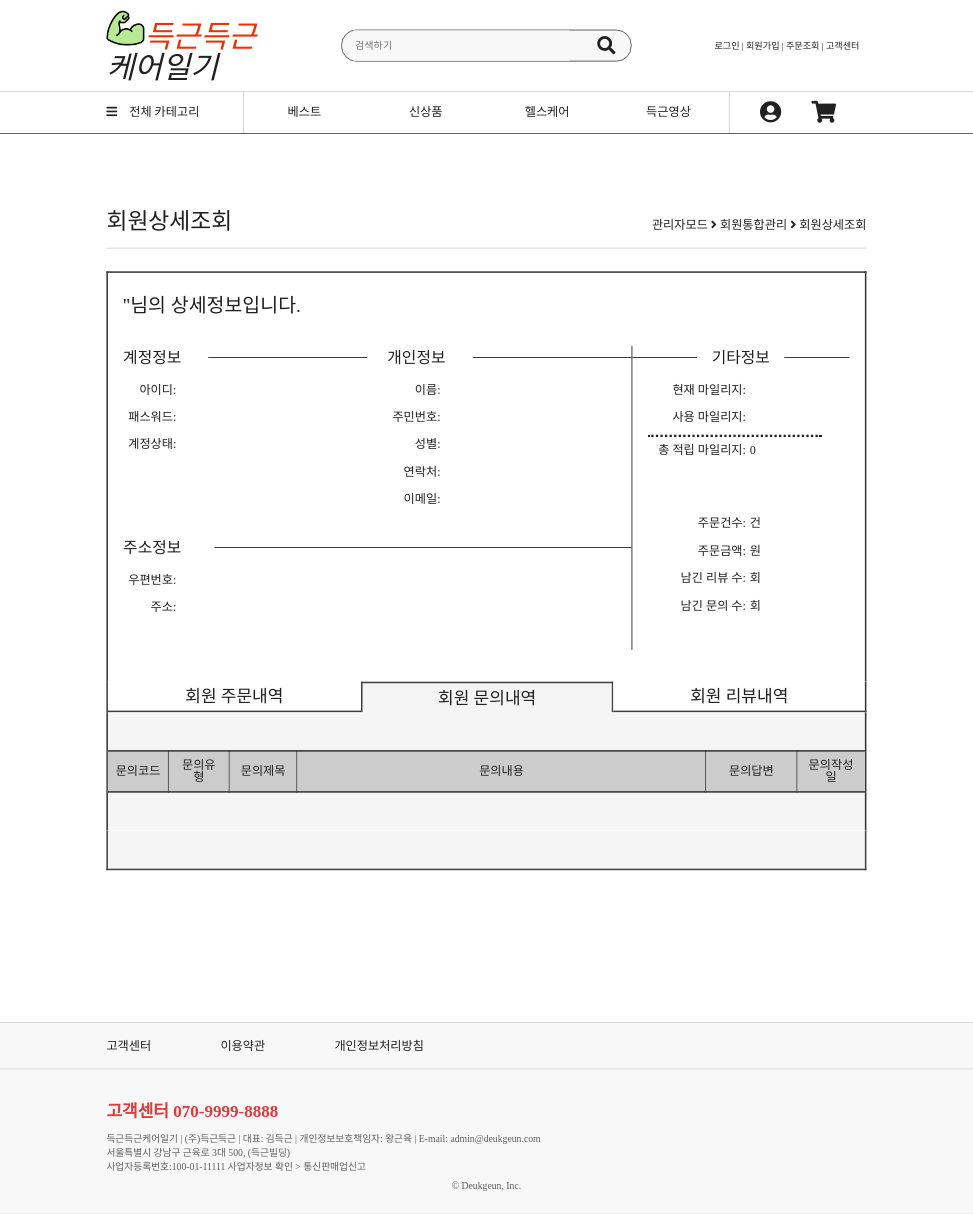
Repository: KYJKY/project_GainMuscle_MVC
Page: http://localhost/Team3/WEB-INF/views/admin/membermanagement/memberQADetail.jsp
The author's editor kept a copy of each file at every save. The page is drawn from the files as they stood at one save, then again after the next save.
The browser window is 1280 px wide. The pictures show the whole page, at 76% of full size.
Some web fonts or font styles are not loaded; a fallback is used. Some web libraries are served in a nearby version. The page is served by Tomcat 9. Nobody is signed in. Other server files are loaded and not shown. The template is opened directly, without the code that normally fills it, so the values that code supplies are empty.

Above is the page before, as saved 2022-02-12 22:36:11.

### Team3/src/main/webapp/WEB-INF/views/admin/membermanagement/memberQADetail.jsp
<%@ page language="java" contentType="text/html; charset=UTF-8"
    pageEncoding="UTF-8"%>
<%@taglib prefix="c" uri="http://java.sun.com/jsp/jstl/core"%>
<%@ taglib prefix="fmt" uri="http://java.sun.com/jsp/jstl/fmt" %>
<!DOCTYPE html>
<html>
<head>
<meta charset="UTF-8">
<%@ include file="/WEB-INF/views/inc/asset.jsp" %>
<link rel="stylesheet"
	href="/team3/asset/css/admin/memberQADetail.css">
<style>
	    #content{
            width: 100%;
            /* border: 1px solid black; */
            /* box-sizing: border-box; */
        }
        #container{
            width: 1000px;
            margin: 0 auto;
            margin-top: 30px;
            margin-bottom: 200px;
            /* border: 1px solid black; */
            /* box-sizing: border-box; */
        }
</style>
</head>
<body>
	<%@include file="/WEB-INF/views/inc/header.jsp" %>
	<!-- location -->
    <div id="inc-location">
        <div>회원상세조회</div>
        <div>
            관리자모드
            <i class="fas fa-angle-right"></i>
            회원통합관리
            <i class="fas fa-angle-right"></i>
            회원상세조회
        </div>
    </div>

    <!-- content  -->
    <div id="content">
        <div id="container">

				<!-- 회원정보 -->
                <div id="user-info">
                        <div id="title">'${mainDto.name}'님의 상세정보입니다. </div>
                        <div>
                            <div id="left">
                                <div id="row1">
                                    <div>
                                        <div class="subtitle">계정정보<div class="line"></div></div>
                                        <div class="account-info">
                                            <div>아이디:</div>
                                            <div>${mainDto.id}</div>
                                        </div>
                                        <div class="account-info">
                                            <div>패스워드:</div>
                                            <div>${mainDto.password}</div>
                                        </div>
                                        <div class="account-info">
                                            <div>계정상태:</div>
                                            <div>${mainDto.accountstatus}</div>
                                    </div>
                                    <div class="account-info">
                                        <!--
                                        <div>가입일:</div>
                                        <div>2018-06-24</div>
                                         -->
                                    </div>
                                </div>
                                <div>
                                    <div class="subtitle">개인정보<div class="line"></div></div>
                                    <div class="account-info">
                                        <div>이름:</div>
                                        <div>${mainDto.name}</div>
                                    </div>
                                    <div class="account-info">
                                        <div>주민번호:</div>
                                        <div>${mainDto.jumin}</div>
                                    </div>
                                    <div class="account-info">
                                        <div>성별:</div>
                                        <div>${mainDto.gender}</div>
                                    </div>
                                    <div class="account-info">
                                        <div>연락처:</div>
                                        <div>${mainDto.tel}</div>
                                    </div>
                                    <div class="account-info">
                                        <div>이메일:</div>
                                        <div>${mainDto.email}</div>
                                    </div>
                                </div>
                            </div>
                            <div id="row2">
                                <div>
                                    <div class="subtitle">주소정보<div class="line"></div></div>
                                </div>
                                <div class="account-info">
                                    <div>우편번호:</div>
                                    <div>${mainDto.postalcode}</div>
                                </div><div class="account-info">
                                    <div>주소:</div>
                                    <div>${mainDto.address}</div>
                                </div><div class="account-info">
                                    <!--
                                    <div>상세주소:</div>
                                    <div>OO아파트 5층 502호</div>
                                     -->
                                </div>
                            </div>
                        </div>
                        <div id="right">
                            <div class="subtitle"><div class="line"></div>기타정보<div class="line"></div></div>
                            <div class="account-info">
                                <div>현재 마일리지:</div>
                                <div><fmt:formatNumber value="${mainDto.mileage }" pattern="#,###" /></div>
                            </div>
                            <div class="account-info">
                                <div>사용 마일리지:</div>
                                <div><fmt:formatNumber value="${mainDto.totalMileage }" pattern="#,###" /></div>
                            </div>
                            <div class="line"></div>
                            <div class="account-info">
                                <div>총 적립 마일리지:</div>
                                <div><fmt:formatNumber value="${mainDto.totalMileage+mainDto.mileage}" pattern="#,###" /></div>
                            </div>
                            <div class="account-info">
                                <div>주문건수:</div>
                                <div><fmt:formatNumber value="${mainDto.totalOrder }" pattern="#,###" />건</div>
                            </div>
                            <div class="account-info">
                                <div>주문금액:</div>
                                <div><fmt:formatNumber value="${mainDto.totalPaid }" pattern="#,###" />원</div>
                            </div>
                            <div class="account-info">
                                <div>남긴 리뷰 수:</div>
                                <div>${mainDto.totalReview}회</div>
                            </div>
                            <div class="account-info">
                                <div>남긴 문의 수:</div>
                                <div>${mainDto.totalQA}회</div>
                            </div>
                        </div>
                    </div>
                </div>
                <!-- 내역 -->
                <div id="user-recode">
                    <div id="recode-menu">
                        <div class="not-menu" onclick="location.href='/team3/admin/membermanagement/memberOrderDetail.do?memberseq=${memberseq}';">회원 주문내역</div>
                        <div id="now-menu" onclick="location.href='/team3/admin/membermanagement/memberQADetail.do?memberseq=${memberseq}';">회원 문의내역</div>
                        <div class="not-menu" onclick="location.href='/team3/admin/membermanagement/memberReviewDetail.do?memberseq=${memberseq}';">회원 리뷰내역</div>
                    </div>
                    <div>
                        <table id="table">
                            <thead>
                                <tr>
                                    <th>문의코드</th>
                                    <th>문의유형</th>
                                    <th>문의제목</th>
                                    <th>문의내용</th>
                                    <th>문의답변</th>
                                    <th>문의작성일</th>
                                </tr>
                            </thead>
                            <tbody>
                            	<c:forEach items="${subDto}" var="dto">
                                <tr>
                                    <td>${dto.qaseq}</td>
                                    <td>${dto.qacategory}</td>
                                    <td>${dto.qasubject}</td>
                                    <td>${dto.qacontent}</td>
                                    <td>${dto.qaanswer}</td>
                                    <td>${dto.qadate}</td>
                                </tr>
                                </c:forEach>
                            </tbody>
                        </table>
                    </div>


                    <!-- 페이징 -->
                    <div id="paging"></div>
                </div>

	    </div>
    </div>

    <!-- footer -->
    <%@include file="/WEB-INF/views/inc/footer.jsp" %>
</body>
</html>

### Team3/src/main/webapp/WEB-INF/views/inc/asset.jsp
<%@ page language="java" contentType="text/html; charset=UTF-8" pageEncoding="UTF-8"%>

<title>SHOP | 득근득근케어일기</title>
<link rel="stylesheet" href="/team3/asset/css/reset.css">
<link rel="stylesheet" href="/team3/asset/css/header.css">
<link rel="stylesheet" href="/team3/asset/css/footer.css">
<link rel="stylesheet" href="/team3/asset/css/font.css">
<link rel="stylesheet" href="https://use.fontawesome.com/releases/v5.14.0/css/all.css" integrity="sha384-HzLeBuhoNPvSl5KYnjx0BT+WB0QEEqLprO+NBkkk5gbc67FTaL7XIGa2w1L0Xbgc" crossorigin="anonymous">

<script src="/team3/asset/js/jquery-1.12.4.js"></script>

### Team3/src/main/webapp/WEB-INF/views/inc/header.jsp
<%@ page language="java" contentType="text/html; charset=UTF-8"
    pageEncoding="UTF-8"%>
<%@taglib prefix="c" uri="http://java.sun.com/jsp/jstl/core" %>


    <!-- header -->
    <div id="inc-header">
        <div class="header">
            <form action="">
                <header>
                    <div id="logo"><a href="#"><img src="/team3/asset/images/logo1.png" alt="로고"><span id="first">득근득근</span><br>케어일기</a></div>
                    <div id="search"><input type="text" placeholder="검색하기"><a href="#!"><i class="fas fa-search" style="font-size:1.5rem; margin-left: 2.3rem;"></i></a></div>
                    <div id="menu">
                        <a href="#!">로그인 </a>&nbsp;|&nbsp;
                        <a href="#!">회원가입 </a>&nbsp;|&nbsp;
                        <a href="#!">주문조회 </a>&nbsp;|&nbsp;
                        <a href="#!">고객센터</a>
                    </div>
                </header>
            </form>
        </div>
        <div class="line_ccc"></div>
        <div class="nav">
            <nav>
                <div class="side">
                    <a href="#!"><i class="fas fa-bars" style="margin-right: 1rem;"></i>전체 카테고리</a>
                    <ul id="drop-category">
                        <li onclick="location.href='';">닭가슴살</li>
                        <li onclick="location.href='';">도시락</li>
                        <li onclick="location.href='';">야채류</li>
                        <li onclick="location.href='';">단백질보충제</li>
                        <li onclick="location.href='';">기타영양제</li>
                        <li onclick="location.href='';">영양별 상품조회</li>
                        <li onclick="location.href='';">개인별 상품조회</li>
                    </ul>
                </div>
                <div class="main-nav"><a href="#!">베스트</a></div>
                <div class="main-nav"><a href="#!">신상품</a></div>
                <div class="main-nav"><a href="#!">헬스케어</a></div>
                <div class="main-nav"><a href="#!">득근영상</a></div>
                <div class="side">
                    <div><a href="#!"><i class="fas fa-user-circle"></i></a></div>
                    <div><a href="#!"><i class="fas fa-shopping-cart"></i></a></div>
                </div>
            </nav>
        </div>
        <div class="line_black"></div>
    </div>

### Team3/src/main/webapp/WEB-INF/views/inc/footer.jsp
<%@ page language="java" contentType="text/html; charset=UTF-8"
    pageEncoding="UTF-8"%>


    <!-- footer -->
    <div id="inc-footer">
        <footer>
            <div id="footer-top">
                <ul>
                    <li><a href="#!">고객센터</a></li>
                    <li><a href="#!">이용약관</a></li>
                    <li><a href="#!">개인정보처리방침</a></li>
                </ul>
            </div>
            <div class="line_ccc"></div>
            <div id="footer-bottom">
                <div>고객센터 070-9999-8888</div>
                <div>득근득근케어일기 | (주)득근득근 | 대표: 김득근 | 개인정보보호책임자: 왕근육 | E-mail: admin@deukgeun.com</div>
                <div>서울특별시 강남구 근육로 3대 500, (득근빌딩)</div>
                <div>사업자등록번호:100-01-11111 사업자정보 확인 > 통신판매업신고 </div>
                <div>&copy; Deukgeun, Inc.</div>
            </div>
        </footer>
    </div>

### Team3/src/main/webapp/asset/css/reset.css
/* http://meyerweb.com/eric/tools/css/reset/
   v2.0 | 20110126
   License: none (public domain)
*/
html, body, div, span, applet, object, iframe,
h1, h2, h3, h4, h5, h6, p, blockquote, pre,
a, abbr, acronym, address, big, cite, code,
del, dfn, em, img, ins, kbd, q, s, samp,
small, strike, strong, sub, sup, tt, var,
b, u, i, center,
dl, dt, dd, ol, ul, li,
fieldset, form, label, legend,
table, caption, tbody, tfoot, thead, tr, th, td,
article, aside, canvas, details, embed,
figure, figcaption, footer, header, hgroup,
menu, nav, output, ruby, section, summary,
time, mark, audio, video {
	margin: 0;
	padding: 0;
	border: 0;
	font-size: 100%;
	font: inherit;
	/* vertical-align: baseline; */
    color: rgb(32, 32, 32);
    text-decoration: none;
}
/* HTML5 display-role reset for older browsers */
article, aside, details, figcaption, figure,
footer, header, hgroup, menu, nav, section {
	display: block;
}
body {
	line-height: 1;
}
ol, ul {
	list-style: none;
}
blockquote, q {
	quotes: none;
}
blockquote:before, blockquote:after,
q:before, q:after {
	content: '';
	content: none;
}

### Team3/src/main/webapp/asset/css/header.css
/* 기본설정 */
html{
    font-size: 16px;
    font-family: 'InfinitySans-RegularA1';
    /* scroll-behavior:smooth; */
}

#inc-header .header, #inc-header .nav{
    width: 100%;
    max-width: 1000px;
    height: 120px;
    margin: 0 auto;
}
#inc-header .nav{height: 54px;}

#inc-header header{
    width: 1000px;
    height: 120px;
    display: flex;
    justify-content: space-between;
    align-items: center;
}
#inc-header header > *{
    display: flex;
    align-items: center;
}

#inc-header #logo{
    width: 20%;
    text-align: left;

    font-size: 2.5rem;
    font-family: '116watermelon';
    font-style: italic;
    /* text-shadow: 0px 0px 2px rgb(58, 58, 58); */
}
#inc-header #logo img{
    width: 25%;
    margin: 0;
    color: green;
}
#inc-header #logo #first{
    color: #eb2f06;
}

#inc-header #search{
    width: 35%;
    height: 40px;
    padding: 0 15px 0 15px ;
    border: 1px solid #333;
    border-radius: 20px;
    background-color: #f8f8f8;
}
#inc-header #search input{
    width: 80%;
    height: 38px;
    border:0;
    background-color: #f8f8f8;
    margin-left: 0;
    /* height: 40px;
    padding: 0 15px 0 15px ;
    border: 1px solid #333;
    border-radius: 20px;
    background-color: #f8f8f8; */
}
#inc-header #search input:focus {outline:none;}

#inc-header #menu{
    width: 20%;
    height: 50px;
    text-align: center;
    font-size: 0.75rem;
}
#inc-header .line_ccc{
    width: 100%;
    border-top: 1px solid #ccc;
}
#inc-header .line_black{width: 100%; border-top: 1px solid #333;}
#inc-header nav{
    width: 1000px;
    height: 54px;

    text-align: center;
    line-height: 54px;
    display: flex;

}
#inc-header nav > .side{
    width: 18%;
}
#inc-header nav > .main-nav{
    width: 16%;

}
#inc-header nav > div:first-child{
    border-right: 1px solid #ccc;
    text-align: left;
}
#inc-header nav > div:last-child{
    display: flex;
    justify-content: space-evenly;
    border-left: 1px solid #ccc;
    font-size: 1.8rem;
}


/* 드롭다운 카테고리 메뉴 */
#inc-header #drop-category{
    display:none;
    z-index: 10000;
    position: relative;
    width: 180px;
    padding: 0;
    background-color: rgba(0, 0, 0, 0.8);
}
#inc-header #drop-category li{
    text-align: center;
    text-decoration: none;
    color: rgb(250, 250, 250);
    list-style: none;
    font-size: 1rem;
    cursor: pointer;
}
#inc-header #drop-category li:first-child{
    padding-top: 15px;
}
#inc-header #drop-category li:last-child{
    padding-bottom: 15px;
}
#inc-header nav > div:first-child:hover #drop-category{
    display: block;
}


/* location */
#inc-location{
    width: 1000px;
    height: 30px;
    margin: 0 auto;
    padding-top: 100px;
    padding-bottom: 20px;
    border-bottom: 1px solid #ccc;
    display: flex;
    justify-content: space-between;
    align-items: baseline;
}
#inc-location div:first-child{
    font-size: 1.875rem;
}
#inc-location div:last-child{
    font-size: 1rem;
}

### Team3/src/main/webapp/asset/css/footer.css
#inc-footer {
  width: 100%;
  background-color: #f8f8f8;
}

#inc-footer footer {
  width: 100%;
  border-top: 1px solid #ccc;
  border-bottom: 1px solid #ccc;
}

#inc-footer #footer-top {
  margin: 0 auto;
  width: 1000px;
  height: 60px;
}
#inc-footer #footer-top ul {
  display: flex;
  justify-content: flex-start;
  align-items: center;
}
#inc-footer #footer-top ul li {
  width: 15%;
  height: 60px;
  line-height: 60px;
  font-size: 1rem;
}

#inc-footer .line_ccc {
  border-bottom: 1px solid #ccc;
  margin-bottom: 30px;
}
#inc-footer #footer-bottom {
  margin: 0 auto;
  width: 1000px;
  height: 160px;
}
#inc-footer #footer-bottom div {
  color: rgb(94, 94, 94);
  padding: 3px 0;
  font-size: 0.8rem;
}
#inc-footer #footer-bottom div:first-child {
  font-size: 1.4rem;
  padding: 15px 0;
  color: #df3939;
  font-weight: bold;
}
#inc-footer #footer-bottom div:last-child {
  text-align: center;
  margin-top: 5px;
  font-size: 0.8rem;
}

### Team3/src/main/webapp/asset/css/font.css
@font-face {
    font-family: '116watermelon';
    src: url('https://cdn.jsdelivr.net/gh/projectnoonnu/noonfonts_six@1.0/116watermelon.woff') format('woff');
    font-weight: normal;
    font-style: normal;
}
@font-face {
    font-family: 'InfinitySans-RegularA1';
    src: url('https://cdn.jsdelivr.net/gh/projectnoonnu/noonfonts_20-04@2.1/InfinitySans-RegularA1.woff') format('woff');
    font-weight: normal;
    font-style: normal;
}

Loaded but not shown: Team3/src/main/webapp/asset/js/jquery-1.12.4.js (library); Team3/src/main/webapp/asset/css/admin/memberQADetail.css (184 lines, source omitted)

After the next save:
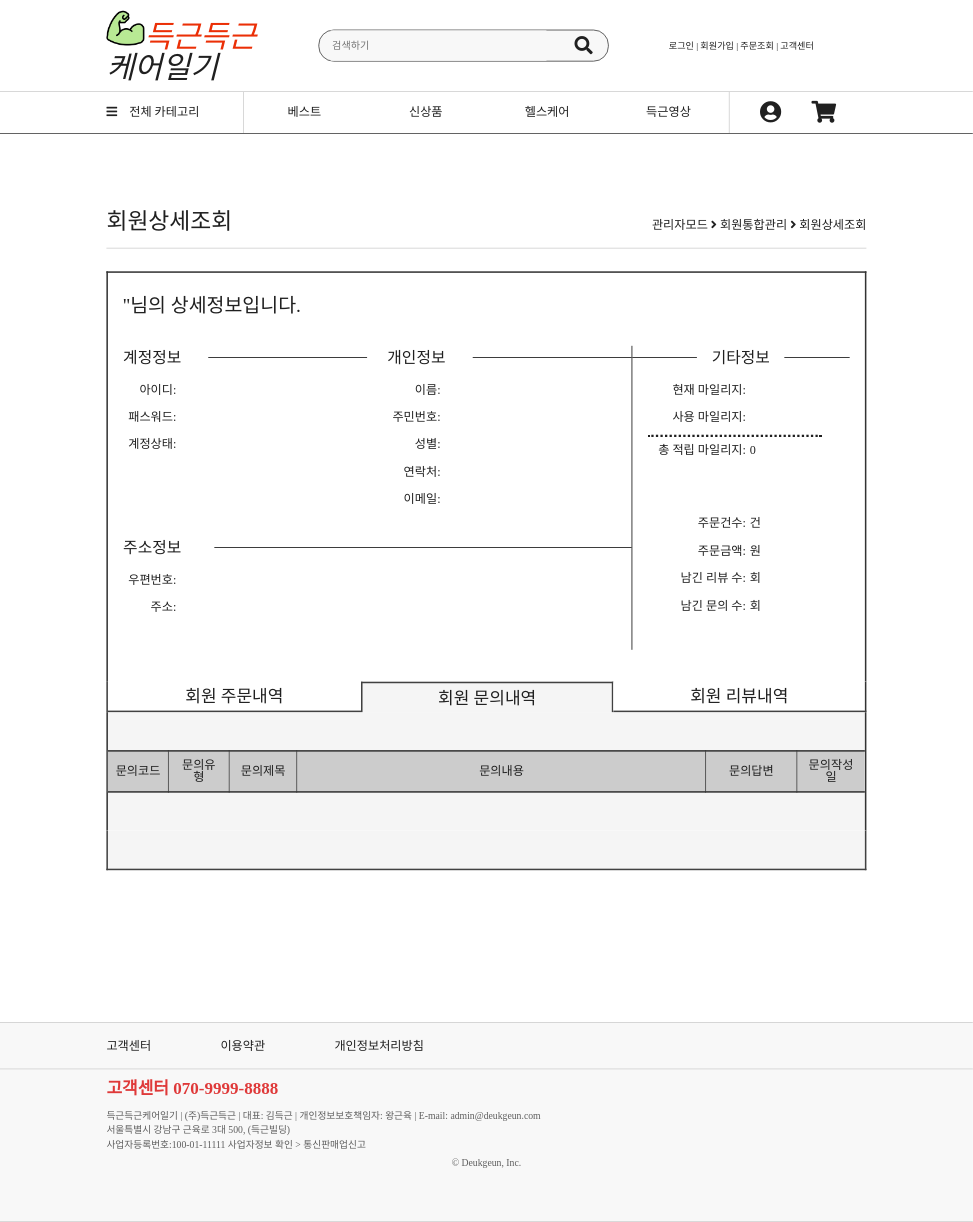
Saved 1 s later.
--- a/Team3/src/main/webapp/asset/css/header.css
+++ b/Team3/src/main/webapp/asset/css/header.css
@@ -66,7 +66,7 @@ html{
 #inc-header #search input:focus {outline:none;}
 
 #inc-header #menu{
-    width: 20%;
+    width: 26%;
     height: 50px;
     text-align: center;
     font-size: 0.75rem;
--- a/Team3/src/main/webapp/asset/css/footer.css
+++ b/Team3/src/main/webapp/asset/css/footer.css
@@ -1,53 +1,51 @@
-#inc-footer {
-  width: 100%;
-  background-color: #f8f8f8;
+#inc-footer{
+    width: 100%;
+    background-color: #f8f8f8;
 }
 
-#inc-footer footer {
-  width: 100%;
-  border-top: 1px solid #ccc;
-  border-bottom: 1px solid #ccc;
+#inc-footer footer{
+    width: 100%;
+    border-top: 1px solid #ccc;
+    border-bottom: 1px solid #ccc;
 }
 
-#inc-footer #footer-top {
-  margin: 0 auto;
-  width: 1000px;
-  height: 60px;
+#inc-footer #footer-top{
+    margin: 0 auto;
+    width: 1000px;
+    height: 60px;
 }
-#inc-footer #footer-top ul {
-  display: flex;
-  justify-content: flex-start;
-  align-items: center;
+#inc-footer #footer-top ul{
+    display: flex;
+    justify-content: flex-start;
+    align-items: center;
 }
-#inc-footer #footer-top ul li {
-  width: 15%;
-  height: 60px;
-  line-height: 60px;
-  font-size: 1rem;
+#inc-footer #footer-top ul li{
+    width: 15%;
+    height: 60px;
+    line-height: 60px;
+    font-size: 1rem;
 }
-
-#inc-footer .line_ccc {
-  border-bottom: 1px solid #ccc;
-  margin-bottom: 30px;
+#inc-footer .line_ccc{
+    border-bottom: 1px solid #ccc;
 }
-#inc-footer #footer-bottom {
-  margin: 0 auto;
-  width: 1000px;
-  height: 160px;
+#inc-footer #footer-bottom{
+    margin: 0 auto;
+    width: 1000px;
+    height: 200px;
 }
-#inc-footer #footer-bottom div {
-  color: rgb(94, 94, 94);
-  padding: 3px 0;
-  font-size: 0.8rem;
+#inc-footer #footer-bottom div{
+    color: rgb(94, 94, 94);
+    padding: 3px 0;
+    font-size: 0.8rem;
 }
-#inc-footer #footer-bottom div:first-child {
-  font-size: 1.4rem;
-  padding: 15px 0;
-  color: #df3939;
-  font-weight: bold;
+#inc-footer #footer-bottom div:first-child{
+    font-size: 1.4rem;
+    padding: 15px 0;
+    color: #df3939;
+    font-weight: bold;
 }
-#inc-footer #footer-bottom div:last-child {
-  text-align: center;
-  margin-top: 5px;
-  font-size: 0.8rem;
+#inc-footer #footer-bottom div:last-child{
+    text-align: center;
+    margin-top: 5px;
+    font-size: 0.8rem;
 }
